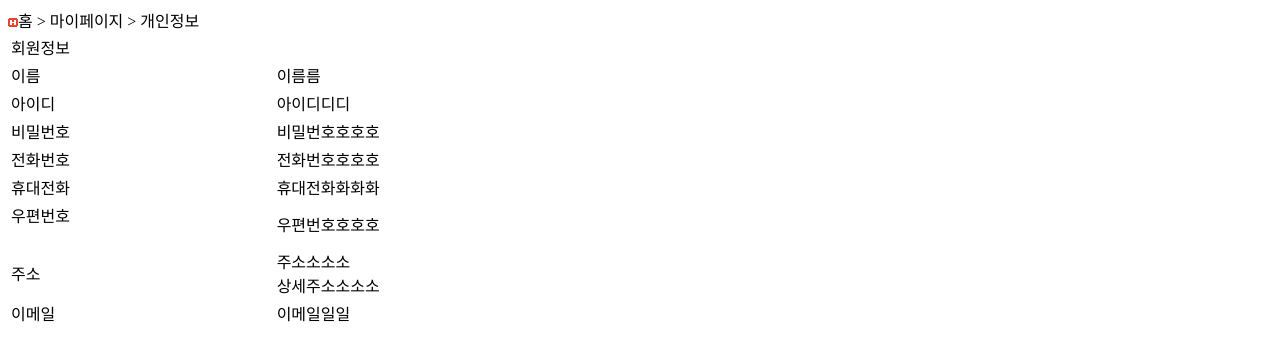
Repository: heeya90/ProjectShoppingMall
Page: http://localhost/ProjectShoppingMall/mypage/mypage_view.jsp
These files come from the project's save history. The page is drawn as it stood at one moment and after the next save; the edit follows.
The browser window is 1280 px wide. The pictures show the whole page.
The page is served by Tomcat 9.

Above is the page before, as saved 2012-07-30 08:59:23.

### ProjectShoppingMall/WebContent/mypage/mypage_view.jsp
<%@ page language="java" contentType="text/html; charset=EUC-KR"
    pageEncoding="EUC-KR"%>

	<div class="sub_loca">
		<img src="./img/icon_home.gif" alt="현재위치" />홈 > 마이페이지 > 개인정보
	</div>

	<table class="jw_normal_table" style="align:center; width:70%">
		<tr>
			<td colspan="2">
				<label class="jw_lbl_title">회원정보</label></td>
		</tr>

		<tr>
			<td class="jw_lheader" style="width:30%">
				<label class="jw_lbl_title">이름 </label></td>
			<td>
				<label>이름름 </label></td>
		</tr>

		<tr>
			<td class="jw_lheader">
				<label class="jw_lbl_title">아이디 </label></td>
			<td>
				<label>아이디디디 </label></td>
		</tr>

		<tr>
			<td class="jw_lheader">
				<label class="jw_lbl_title">비밀번호 </label></td>
			<td>
				<label>비밀번호호호호 </label></td>
		</tr>

		<tr>
			<td class="jw_lheader">
				<label class="jw_lbl_title">전화번호 </label></td>
			<td>
				<label>전화번호호호호 </label></td>
		</tr>

		<tr>
			<td class="jw_lheader">
				<label class="jw_lbl_title">휴대전화 </label></td>
			<td>
				<label>휴대전화화화화 </label></td>
		</tr>

		<tr>
			<td class="jw_lheader">
				<label class="jw_lbl_title">우편번호<br><br> </label></td>
			<td>
				<label>우편번호호호호 </label></td>
		</tr>

		<tr>
			<td class="jw_lheader">
				<label class="jw_lbl_title">주소 </label></td>
			<td>
				<label>주소소소소 <br> 상세주소소소소 </label></td>
		</tr>

		<tr>
			<td class="jw_lheader">
				<label class="jw_lbl_title">이메일 </label></td>
			<td>
				<label>이메일일일 </label></td>
		</tr>
	</table>

After the next save:
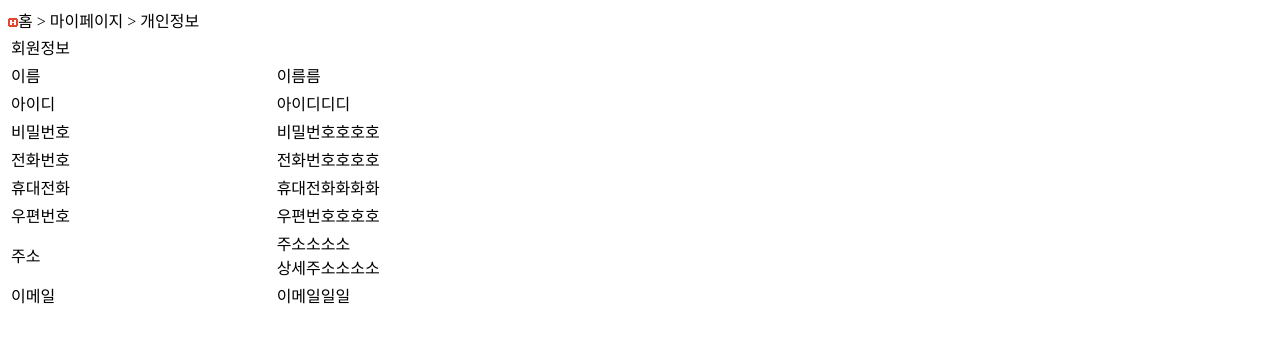
Saved 62 s later.
--- a/ProjectShoppingMall/WebContent/mypage/mypage_view.jsp
+++ b/ProjectShoppingMall/WebContent/mypage/mypage_view.jsp
@@ -48,7 +48,7 @@
 
 		<tr>
 			<td class="jw_lheader">
-				<label class="jw_lbl_title">우편번호<br><br> </label></td>
+				<label class="jw_lbl_title">우편번호 </label></td>
 			<td>
 				<label>우편번호호호호 </label></td>
 		</tr>
